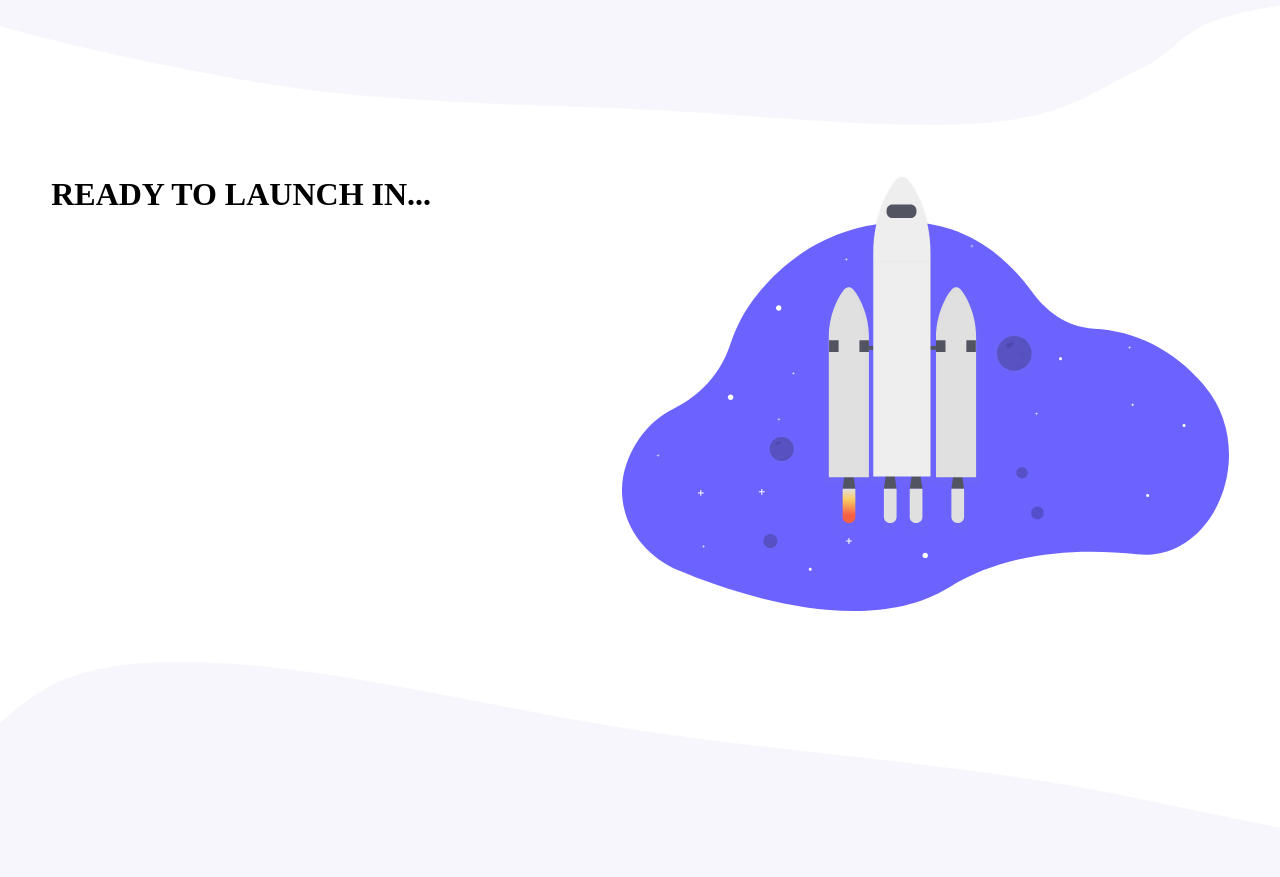
Repository: BrunoBross/countdown
Page: index.html
These files come from the project's save history. The page is drawn as it stood at one moment and after the next save; the edit follows.
The browser window is 1280 px wide. The pictures show the whole page.

Above is the page before, as saved 2021-11-30 00:35:29.

### index.html
<!DOCTYPE html>
<html lang="en">
<head>
  <meta charset="UTF-8">
  <meta http-equiv="X-UA-Compatible" content="IE=edge">
  <meta name="viewport" content="width=device-width, initial-scale=1.0">
  <title>Document</title>
  <link rel="stylesheet" href="./style.css">
</head>
<body>
  <div class="background">
    <img class="image" id="top" src="./assets/top-image.svg" alt="">
    <div class="center">
      <div class="content">
        <h1>READY TO LAUNCH IN...</h1>
      </div>
      <img id="rocket" src="./assets/rocket.svg" alt="">
    </div>
    <img class="image" id="bottom" src="./assets/bottom-image.svg" alt="">
  </div>
</body>

<script src="./script.js"></script>
</html>

### style.css
*{
  padding: 0;
  margin: 0;
}

body{
  background-color: #FFF;
}

.background{
  height: 100vh;
  display: flex;
  flex-direction: column;
  justify-content: space-between;
}

.center{
  padding: 4vw;
  display: flex;
  justify-content: space-between;

}

.image{
  width: 100vw;
}

Loaded but not shown: script.js (no copy from this time; the picture is the same without it)

After the next save:
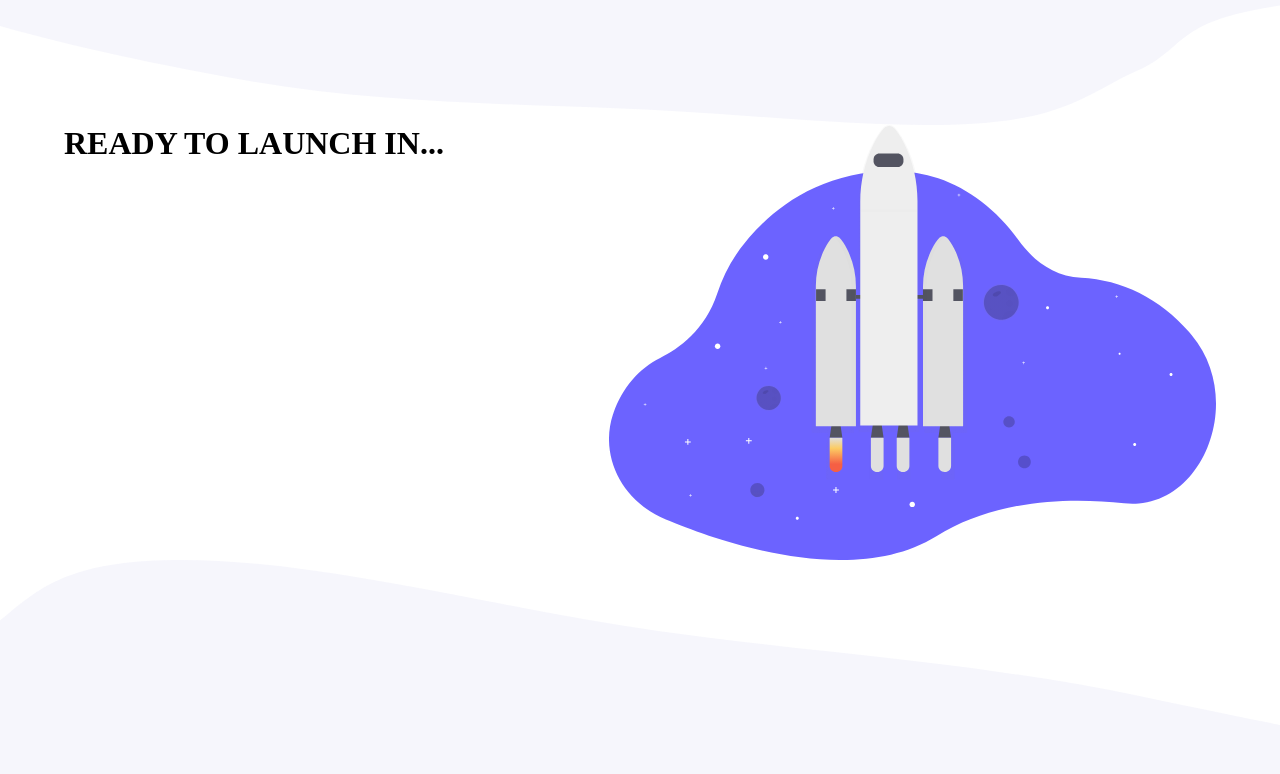
Saved 20 s later.
--- a/style.css
+++ b/style.css
@@ -15,7 +15,7 @@ body{
 }
 
 .center{
-  padding: 4vw;
+  padding: 0 5vw;
   display: flex;
   justify-content: space-between;
 
